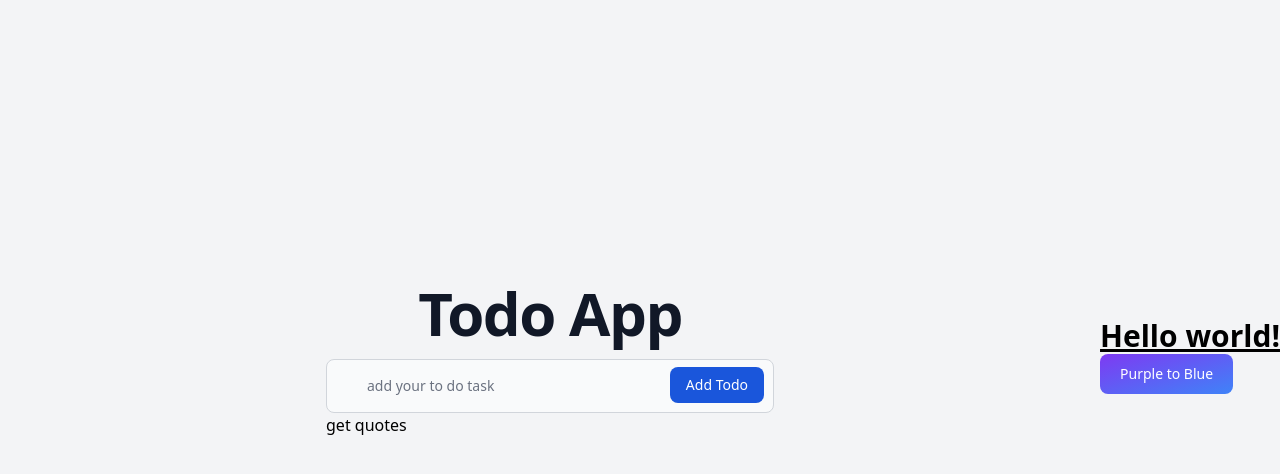
Repository: sodmaq/Todo-App
Page: /
The author's editor kept a copy of each file at every save. The page is drawn from the files as they stood at one save, then again after the next save.
The browser window is 1280 px wide. The pictures show the whole page.
The project was rebuilt for these pictures with package versions that can differ from the ones it lists, and the page was loaded fresh each time. Also part of the build but not shown: vite.config.js, src/components/TodoItem.jsx.

Above is the page before, as saved 2024-09-04 11:17:20.

After the next save:
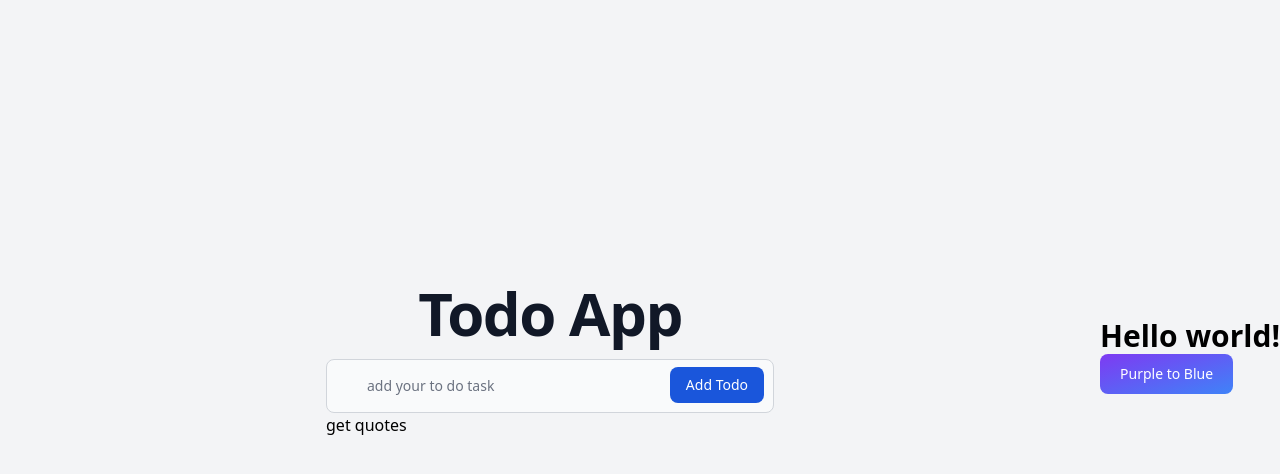
Saved 24 s later.
--- a/src/components/Quote.jsx
+++ b/src/components/Quote.jsx
@@ -1,7 +1,7 @@
 function Quote() {
   return (
     <div>
-      <h1 className="text-3xl font-bold underline">Hello world!</h1>
+      <h1 className="text-3xl font-bold">Hello world!</h1>
       <button
         type="button"
         className="text-white bg-gradient-to-br from-purple-600 to-blue-500 hover:bg-gradient-to-bl focus:ring-4 focus:outline-none focus:ring-blue-300 dark:focus:ring-blue-800 font-medium rounded-lg text-sm px-5 py-2.5 text-center me-2 mb-2"
